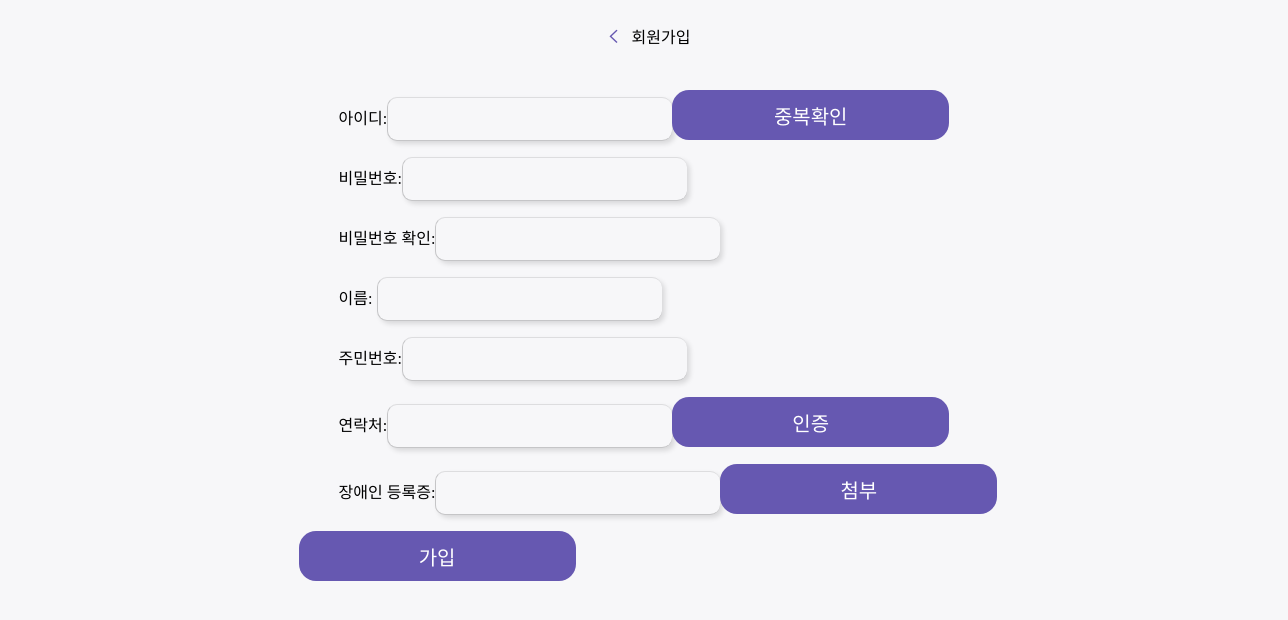
Repository: PEPI-dev/UI
Page: regist/regist.html
An editor plug-in stored every save of this project. The page is shown before and after the next save, followed by the edit.
The browser window is 1280 px wide. The page is 1288 px wide, so the pictures cover 1288 px, including what lies to the right of the window. The pictures show the whole page.
Some web fonts or font styles are not loaded; a fallback is used.

Above is the page before, as saved 2023-12-04 17:58:05.

### regist/regist.html
<!DOCTYPE html>
<html lang="en">
<head>
    <meta charset="UTF-8">
    <meta name="viewport" content="width=device-width, initial-scale=1.0">
    <title>회원가입</title>
    <link rel="stylesheet" href="./regist.css">
    <link rel ="stylesheet" type="text/css" href="../a_XEIcon-2.2.0/xeicon.min.css">
</head>
<body>

    <div id="div_back"><i class="xi-angle-left" id="back"></i><p id="txt_login">회원가입</p></div>

    <form class="form_class" action="#">
        <ul class="input_ul">

        <p class="input_form"><label for="ID" class="txt_input">아이디:</label><input class="field" id="ID"><button class="btn_inside" id="id_check">중복확인</button></input></p>

        <p class="input_form"><label for="password" class="txt_input">비밀번호:</label><input class="field" id="password" type="password"></input></p>
        <p class="input_form"><label for="check_password" class="txt_input">비밀번호 확인:</label><input class="field" id="chekc_password" type="password" ></input></p>

        <p class="input_form" id="name_input" ><label for="name" class="txt_input">이름: </label><input class="field" id="name" type="text"></input></p>

        <p class="input_form"><label for="rrn" class="txt_input">주민번호:</label><input class="field" id="rrn" type="text"></input></p>

        <p class="input_form"><label for="tel" class="txt_input">연락처:</label><input class="field" id="tel" type="text"><button class="btn_inside" id="phone_check">인증</button></input></p>

        <p class="input_form"><label for="disability_card" class="txt_input">장애인 등록증:</label><input class="field" id="disability_card" type="text"><button class="btn_inside" id="card_check">첨부</button></input></p>

        </ul>
        <button id="join">가입</button>

        <div id="space"></div>
    </form>

</body>
</html>

### regist/regist.css
@font-face {
    font-family: 'main_font';
    src: url(../a_font/NotoSansKR-VariableFont_wght.ttf);
    font-weight: 500;
}

@font-face {
    font-family: 'sub_font';
    src: url(../a_font/SEBANG/SEBANG\ Gothic.ttf);
}



body {
    width: 100%;
    background-color: #F7F7F9;
    display: flex;
    flex-direction: column;
    align-items: center;
}

/* 뒤로가기 버튼 */
.xi-angle-left {
    color: #6658B1;
}

#txt_login {
    font-family: 'main_font';
}

#div_back {
    display: flex;
    align-items: center;
    margin-bottom: 10px;
}

#back {
    border: none;
    background: none;
    cursor: pointer;
    margin-right: 10px;
}

.field {
    width: 280px;
    height: 40px;
    border-radius: 10px;
    box-shadow: 3px 3px 5px rgba(0, 0, 0, 0.12);
    background-color: #F7F7F9;
    border-width: 0;
    outline: none;
    border: none;
    border-top: 0.2px solid rgba(0, 0, 0, 0.1);
    border-left: 0.5px solid rgba(0, 0, 0, 0.2);
    border-bottom: 0.5px solid rgba(0, 0, 0, 0.2);
}

.txt_input{
    font-family: 'main_font';
}

#join {
    background-color: #6658B1;
    color: white;
    border: 1px solid #E1E1E1;
    font-family: 'main_font';
    font-size: 20px;
    font-weight: 500;
    border-radius: 17px;
    border: 0px;
    width: 277px;
    height: 50px;
}

.btn_inside{
    background-color: #6658B1;
    color: white;
    border: 1px solid #E1E1E1;
    font-family: 'main_font';
    font-size: 20px;
    font-weight: 500;
    border-radius: 17px;
    border: 0px;
    width: 277px;
    height: 50px;
}



@media screen and (max-width: 360px) {

    /* 뒤로가기 */
    #div_back {
        padding: 1px;
        margin-top: 35px;
        margin-right: 200px;
    }

    .input_form{

        margin-top: 5px;
    }


    .name_input {
        flex-direction: row;
        align-items: center;
    }

    #join{
        width: 260px;
        height: 50px;
        margin-left: 50px;
    }

    #space{
        margin-bottom: 50px;
    }

}

Loaded but not shown: a_XEIcon-2.2.0/xeicon.min.css (library)

After the next save:
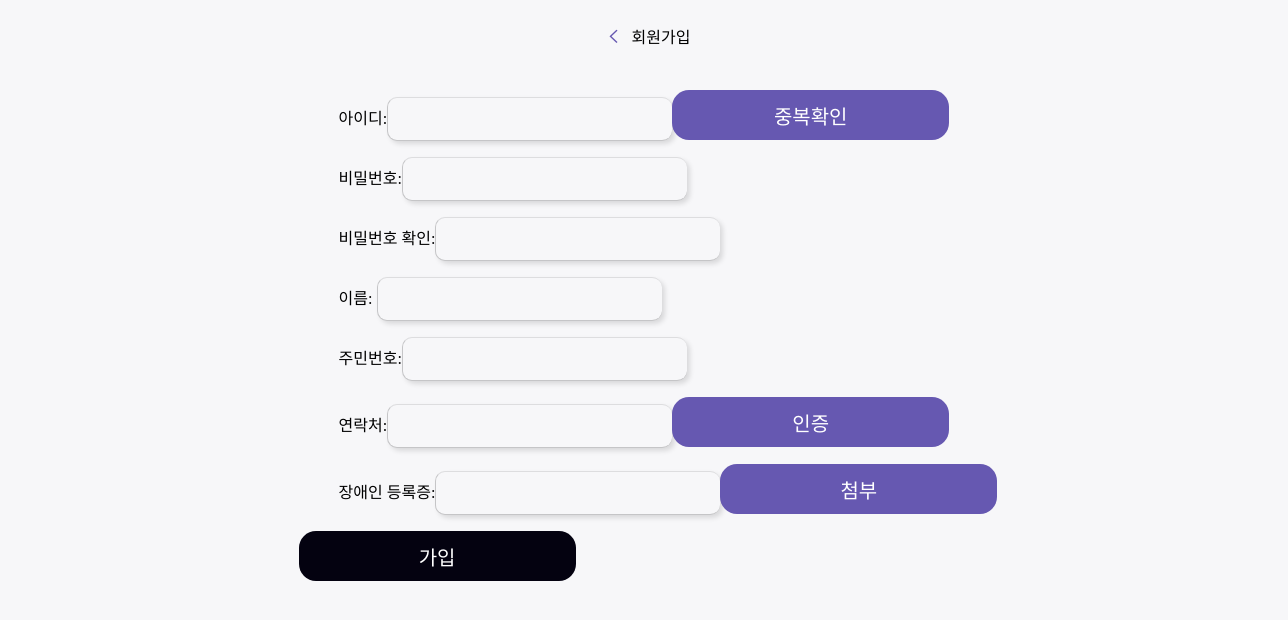
Saved 24 s later.
--- a/regist/regist.css
+++ b/regist/regist.css
@@ -60,7 +60,7 @@ body {
 }
 
 #join {
-    background-color: #6658B1;
+    background-color: #040210;
     color: white;
     border: 1px solid #E1E1E1;
     font-family: 'main_font';
